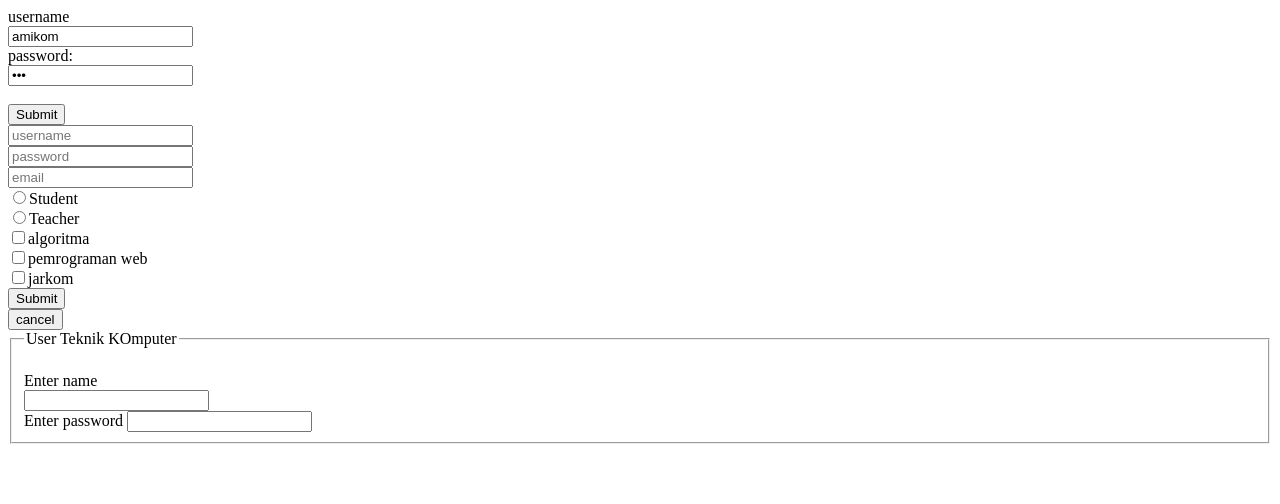
Repository: keyx-alt/pemrograman_web
Page: form.html
These files come from the project's save history. The page is drawn as it stood at one moment and after the next save; the edit follows.
The browser window is 1280 px wide. The pictures show the whole page.

Above is the page before, as saved 2026-04-16 14:23:23.

After the next save:
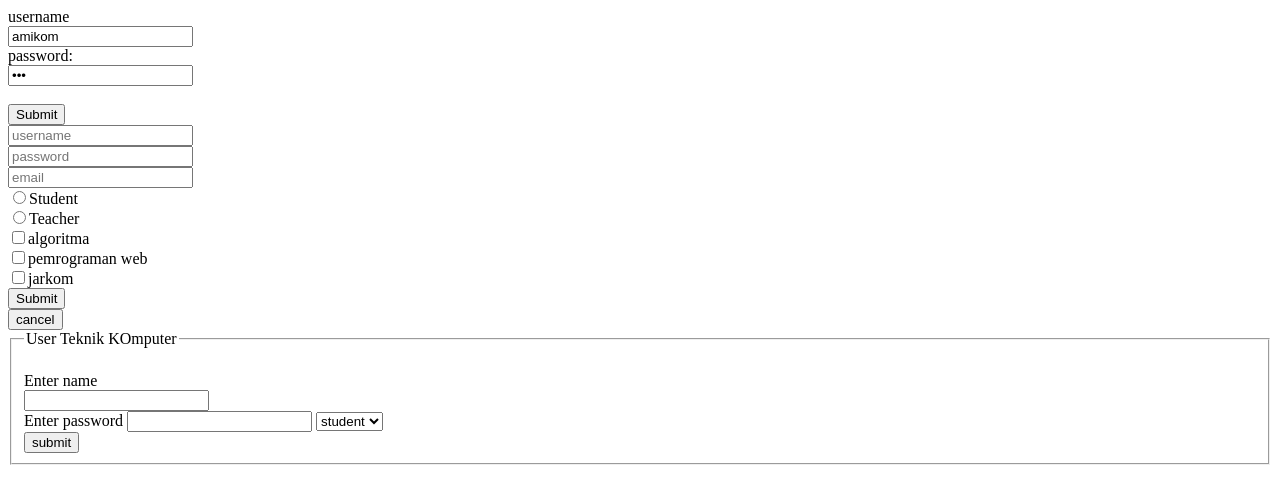
Saved 82 s later.
--- a/form.html
+++ b/form.html
@@ -33,6 +33,11 @@
         <input type="text" id="name" name="name"><br>
         <label for="pass">Enter password</label>
         <input type="password" id="pass" name="pass">
+        <select>
+            <option >student</option>
+            <option >teacher</option>
+        </select><br>
+        <input type="submit" value="submit">
     </fieldset>
 </body>
 </html>
